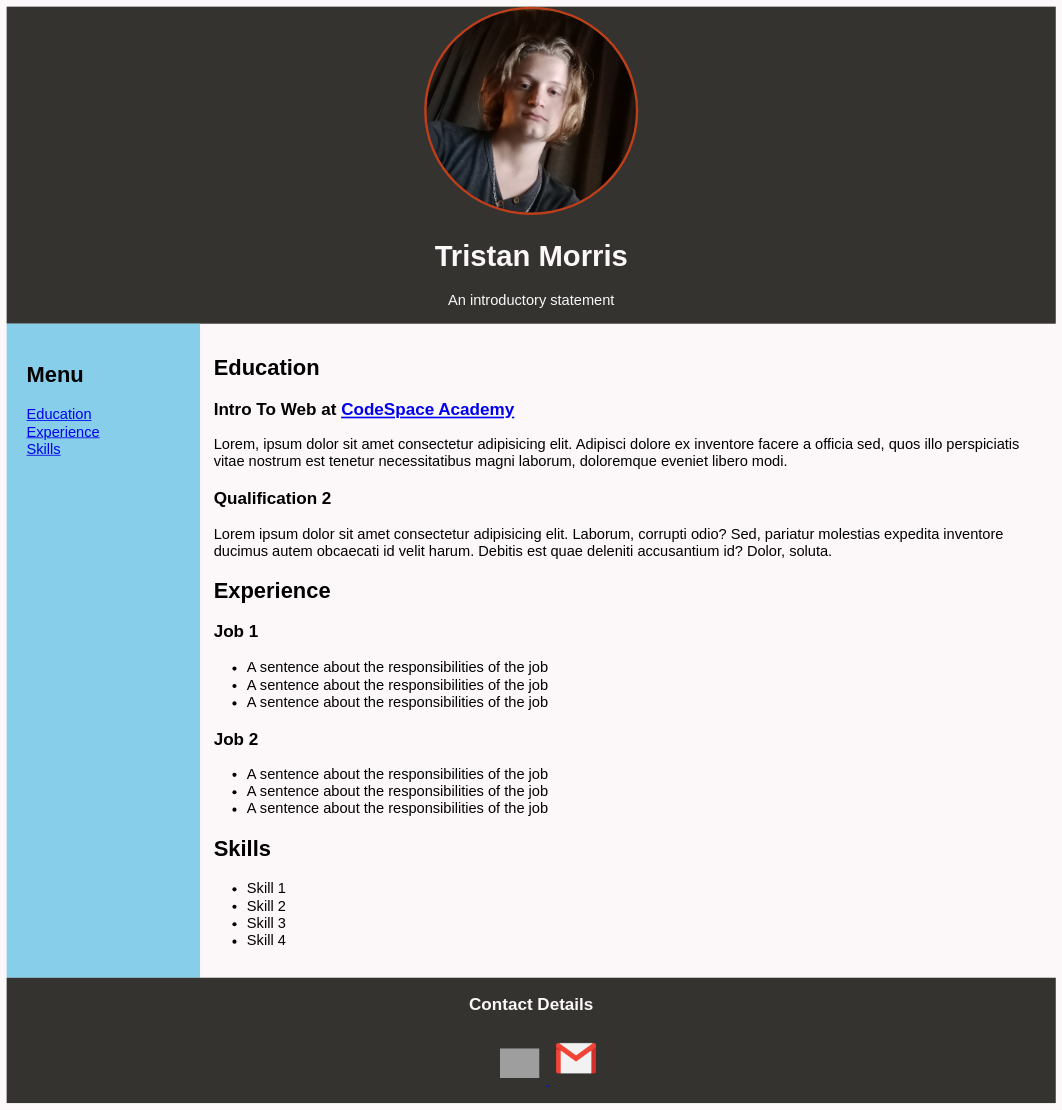
Repository: TristanKMorris/introToWebDesignAssignment
Page: resume1.html
The author's editor kept a copy of each file at every save. The page is drawn from the files as they stood at one save, then again after the next save.
The browser window is 1280 px wide. The pictures show the whole page, at 83% of full size.
Pictures or frames that could not be fetched are drawn as grey boxes.

Above is the page before, as saved 2022-06-02 21:20:36.

After the next save:
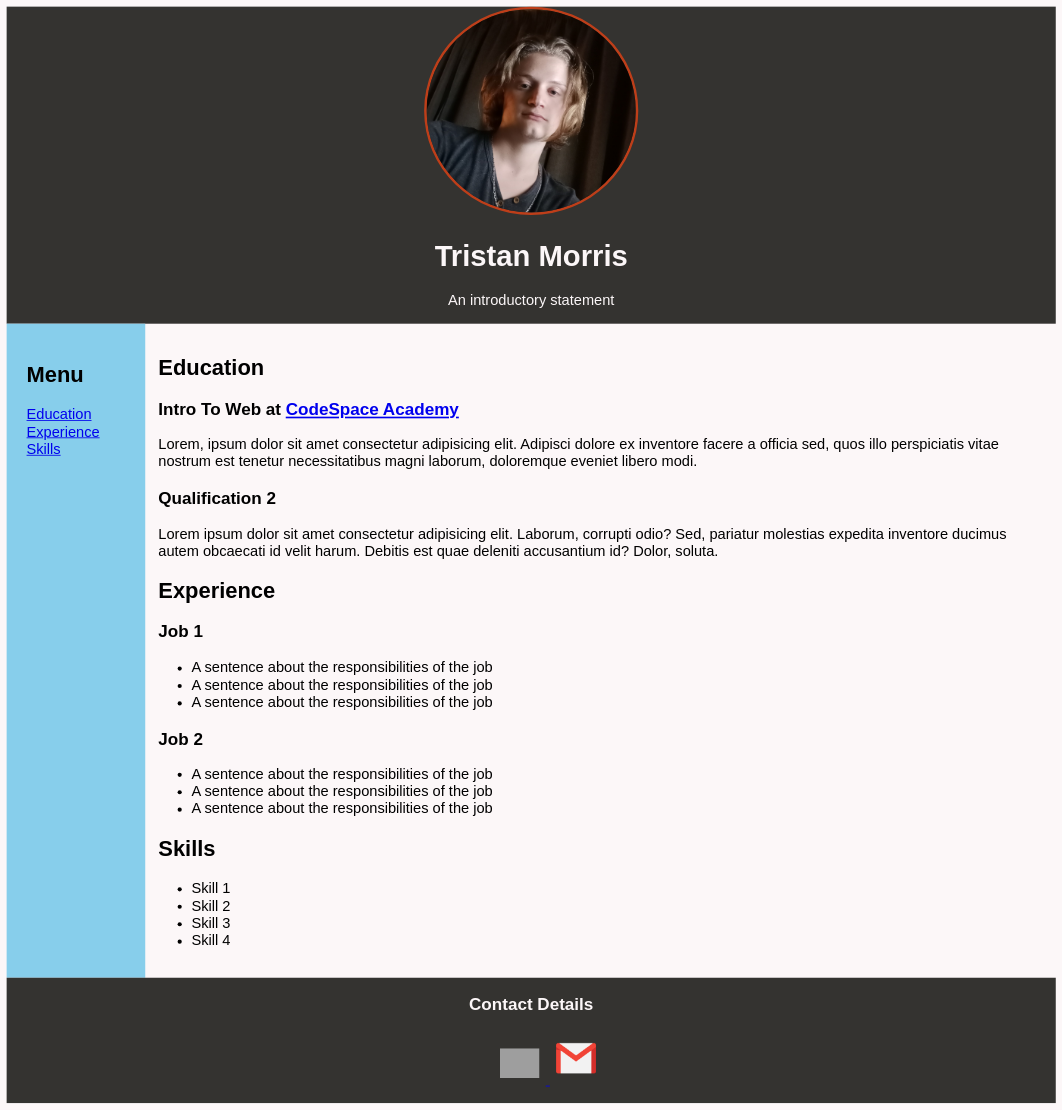
Saved 3 min 29 s later.
--- a/css/stylesheet.css
+++ b/css/stylesheet.css
@@ -36,7 +36,7 @@ footer {
   color: #FCF7F8;
 }
 #sidebar{
-  width: 25%;
+  width: 15%;
   background-color: skyblue;
   padding: 1.5rem;
   color: black;
